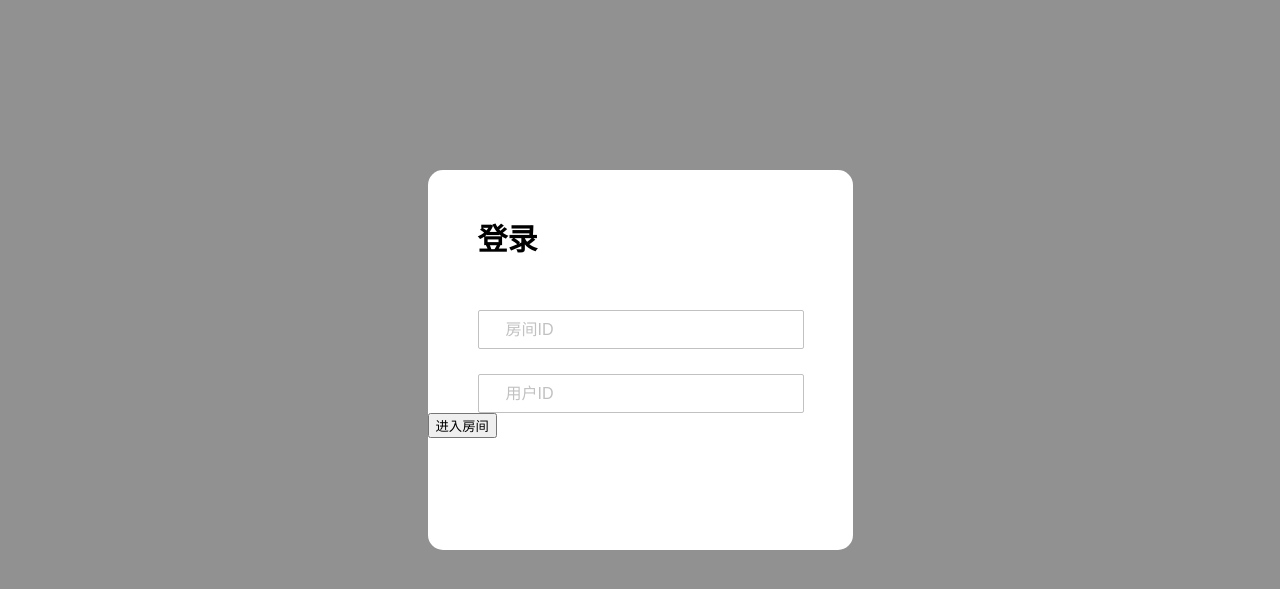
Repository: sjtu-course/homework
Page: GongZening/Week2/Web/LoginPage.html
An editor plug-in stored every save of this project. The page is shown before and after the next save, followed by the edit.
The browser window is 1280 px wide. The pictures show the whole page.

Above is the page before, as saved 2020-11-07 17:18:26.

After the next save:
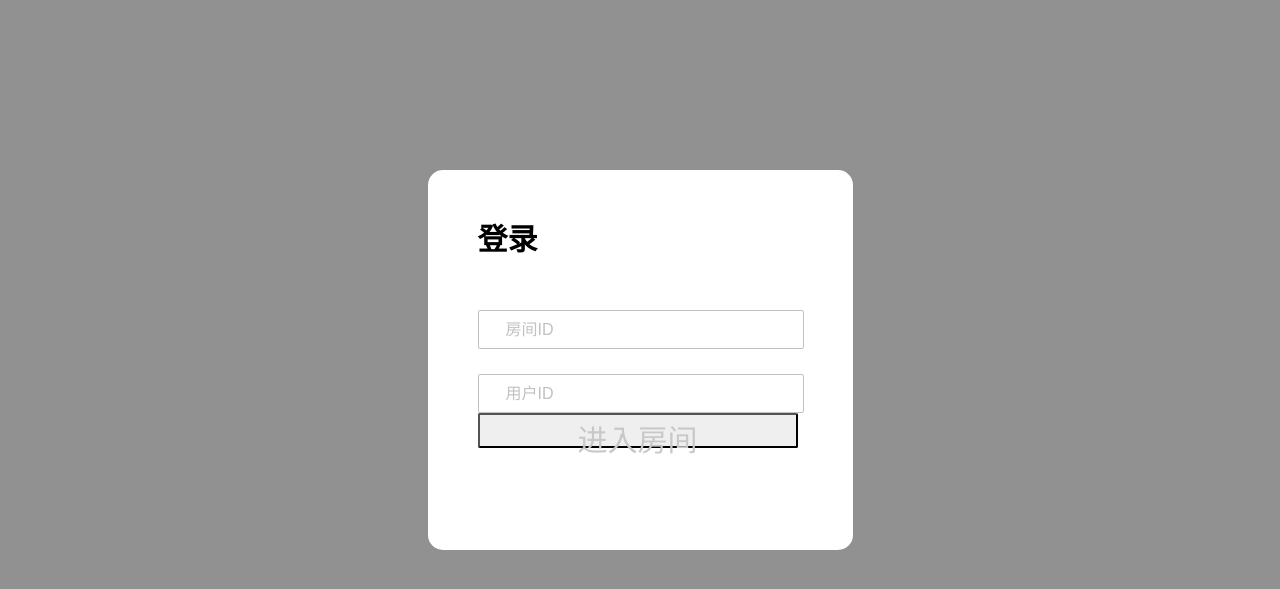
Saved 22 s later.
--- a/GongZening/Week2/Web/LoginPage.html
+++ b/GongZening/Week2/Web/LoginPage.html
@@ -11,8 +11,9 @@
             }
         </style>
         <link rel="stylesheet" type="text/css" href="css/Round_Rect.css" />
-        <link rel="stylesheet" type="text/css" href="css/login.css" />
+        <link rel="stylesheet" type="text/css" href="css/Login.css" />
         <link rel="stylesheet" type="text/css" href="css/Edit_Text.css" />
+        <link rel="stylesheet" type="text/css" href="css/Button.css" />
     </head>
 
     <body style="background-color: #919191;">
